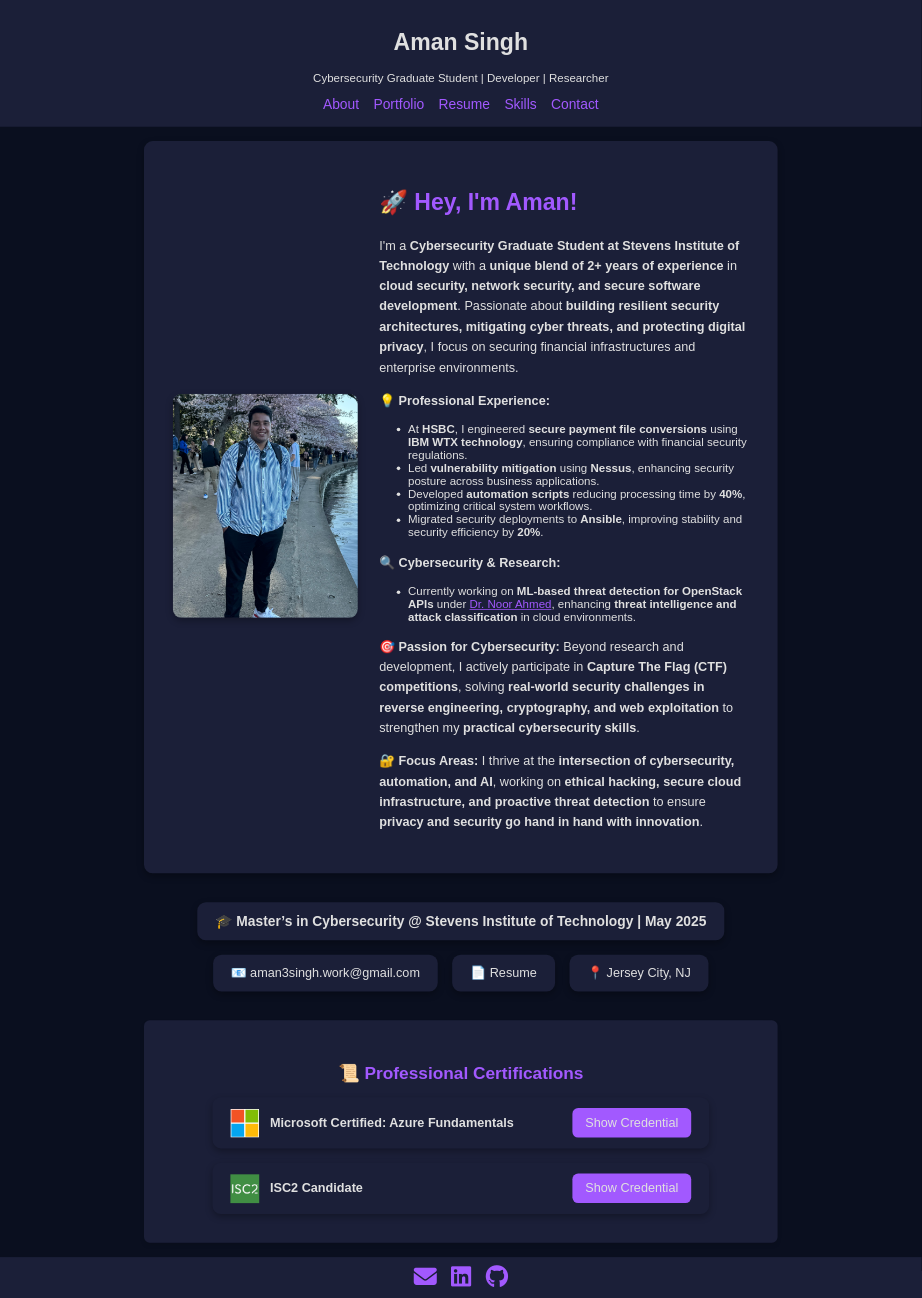
Repository: aman3singh/portfolio
Page: index.html
These files come from the project's save history. The page is drawn as it stood at one moment and after the next save; the edit follows.
The browser window is 1280 px wide. The pictures show the whole page, at 72% of full size.

Above is the page before, as saved 2025-02-11 23:11:50.

After the next save:
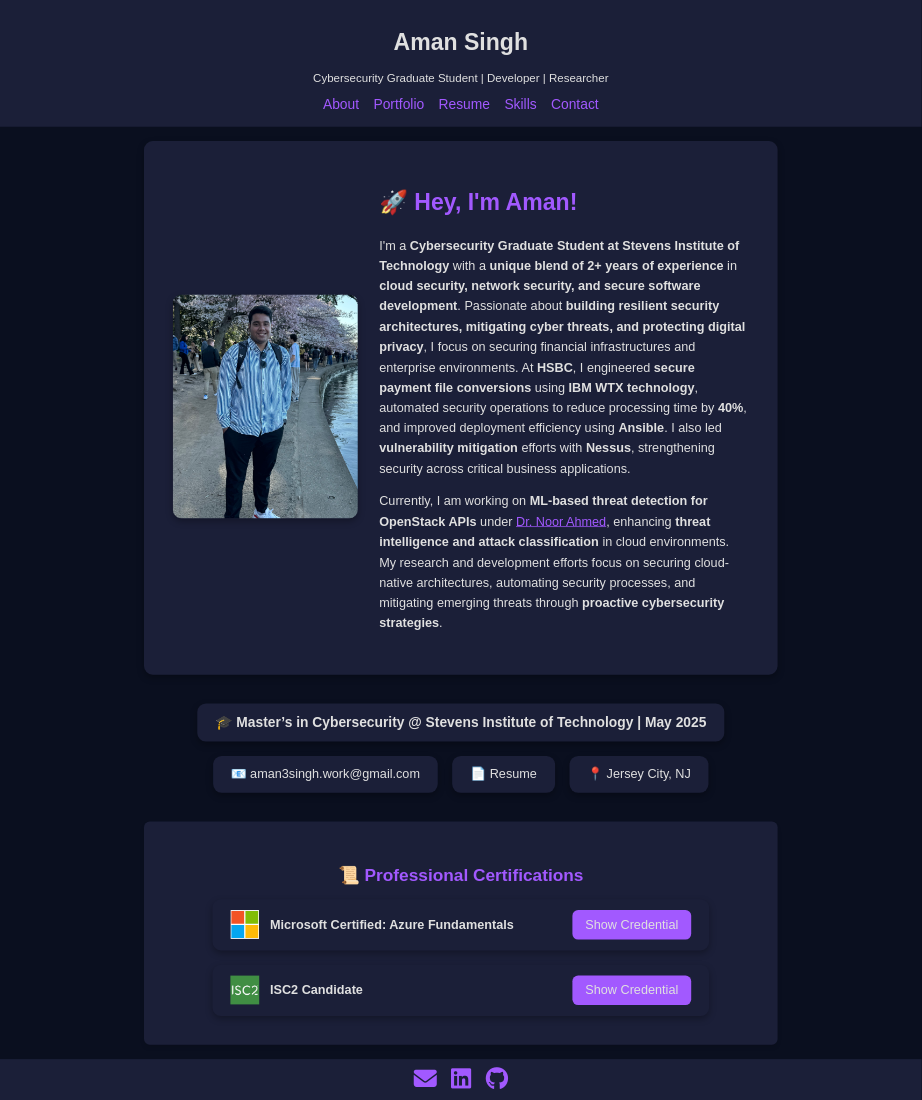
Saved 4 min 44 s later.
--- a/index.html
+++ b/index.html
@@ -27,30 +27,10 @@
         <div style="flex: 2;">
             <h2 style="color: #A259FF;">🚀 Hey, I'm Aman!</h2>
             <p>
-                I'm a <b>Cybersecurity Graduate Student at Stevens Institute of Technology</b> with a <b>unique blend of 2+ years of experience</b> in <b>cloud security, network security, and secure software development</b>. Passionate about <b>building resilient security architectures, mitigating cyber threats, and protecting digital privacy</b>, I focus on securing financial infrastructures and enterprise environments.
+                I'm a <b>Cybersecurity Graduate Student at Stevens Institute of Technology</b> with a <b>unique blend of 2+ years of experience</b> in <b>cloud security, network security, and secure software development</b>. Passionate about <b>building resilient security architectures, mitigating cyber threats, and protecting digital privacy</b>, I focus on securing financial infrastructures and enterprise environments. At <b>HSBC</b>, I engineered <b>secure payment file conversions</b> using <b>IBM WTX technology</b>, automated security operations to reduce processing time by <b>40%</b>, and improved deployment efficiency using <b>Ansible</b>. I also led <b>vulnerability mitigation</b> efforts with <b>Nessus</b>, strengthening security across critical business applications.
             </p>
             <p>
-                💡 <b>Professional Experience:</b>
-                <ul>
-                    <li>At <b>HSBC</b>, I engineered <b>secure payment file conversions</b> using <b>IBM WTX technology</b>, ensuring compliance with financial security regulations.</li>
-                    <li>Led <b>vulnerability mitigation</b> using <b>Nessus</b>, enhancing security posture across business applications.</li>
-                    <li>Developed <b>automation scripts</b> reducing processing time by <b>40%</b>, optimizing critical system workflows.</li>
-                    <li>Migrated security deployments to <b>Ansible</b>, improving stability and security efficiency by <b>20%</b>.</li>
-                </ul>
-            </p>
-            <p>
-                🔍 <b>Cybersecurity & Research:</b>
-                <ul>
-                    <li>Currently working on <b>ML-based threat detection for OpenStack APIs</b> under <a href="https://scholar.google.com/citations?user=zchOfB4AAAAJ&hl=en" target="_blank" style="color: #A259FF;">Dr. Noor Ahmed</a>, enhancing <b>threat intelligence and attack classification</b> in cloud environments.</li>
-                </ul>
-            </p>
-            <p>
-                🎯 <b>Passion for Cybersecurity:</b>
-                Beyond research and development, I actively participate in <b>Capture The Flag (CTF) competitions</b>, solving <b>real-world security challenges in reverse engineering, cryptography, and web exploitation</b> to strengthen my <b>practical cybersecurity skills</b>.
-            </p>
-            <p>
-                🔐 <b>Focus Areas:</b>
-                I thrive at the <b>intersection of cybersecurity, automation, and AI</b>, working on <b>ethical hacking, secure cloud infrastructure, and proactive threat detection</b> to ensure <b>privacy and security go hand in hand with innovation</b>.
+                Currently, I am working on <b>ML-based threat detection for OpenStack APIs</b> under <a href="https://scholar.google.com/citations?user=zchOfB4AAAAJ&hl=en" target="_blank" style="color: #A259FF;">Dr. Noor Ahmed</a>, enhancing <b>threat intelligence and attack classification</b> in cloud environments. My research and development efforts focus on securing cloud-native architectures, automating security processes, and mitigating emerging threats through <b>proactive cybersecurity strategies</b>.
             </p>
         </div>
     </section>
